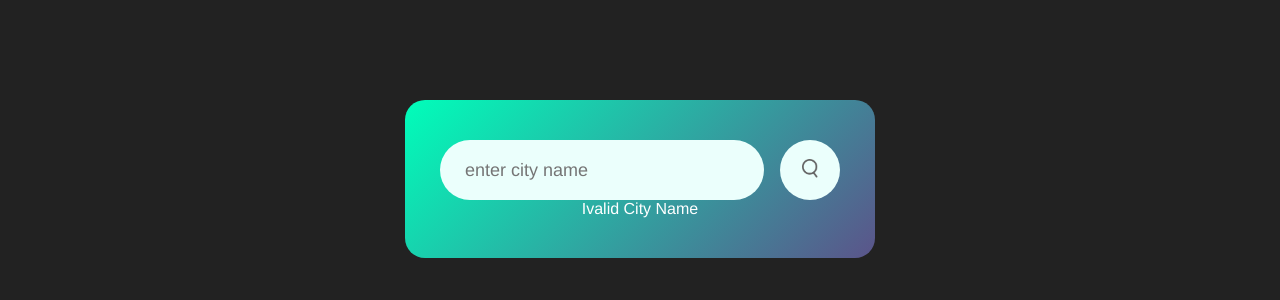
Repository: sodmaq/weatherApp
Page: index.html
An editor plug-in stored every save of this project. The page is shown before and after a run of saves, followed by the edit.
The browser window is 1280 px wide. The pictures show the whole page.

Above is the page before, as saved 2023-06-25 14:17:35.

### index.html
<!DOCTYPE html>
<html lang="en">
  <head>
    <meta charset="UTF-8" />
    <meta name="viewport" content="width=device-width, initial-scale=1.0" />
    <link rel="stylesheet" href="style.css" />
    <title>Weather App</title>
  </head>
  <body>
    <div class="card">
      <div class="search">
        <input type="text" placeholder="enter city name" spellcheck="false" />
        <button><img src="images/search.png" alt="search_icon" /></button>
      </div>
      <div class="error">
        <p>Ivalid City Name</p>
      </div>
      <div class="weather">
        <img src="images/rain.png" alt="rain_icon" class="weather-icon" />
        <h1 class="temp">22 °C</h1>
        <h2 class="city">New York</h2>
        <div class="details">
          <div class="col">
            <img src="images/humidity.png" alt="humidity_icon" />
            <div>
              <p class="humidity">50%</p>
              <p>humidity</p>
            </div>
          </div>
          <div class="col">
            <img src="images/wind.png" alt="wind_icon" />
            <div>
              <p class="wind">15 km/h</p>
              <p>Wind Speed</p>
            </div>
          </div>
        </div>
      </div>
    </div>
    <script src="main.js"></script>
  </body>
</html>

### style.css
* {
  margin: 0;
  padding: 0;
  font-family: "Franklin Gothic Medium", "Arial Narrow", Arial, sans-serif;
  box-sizing: border-box;
}

body {
  background-color: #222;
}

.card {
  width: 90%;
  max-width: 470px;
  background: linear-gradient(135deg, #00feba, #5b548a);
  color: #fff;
  margin: 100px auto 0;
  border-radius: 20px;
  padding: 40px 35px;
  text-align: center;
}

.search {
  width: 100%;
  display: flex;
  align-items: center;
  justify-content: space-between;
}

.search input {
  border: 0;
  outline: 0;
  background: #ebfffc;
  color: #555;
  padding: 10px 25px;
  height: 60px;
  border-radius: 30px;
  flex: 1;
  margin-right: 16px;
  font-size: 18px;
}

.search button {
  border: 0;
  outline: 0;
  background: #ebfffc;
  border-radius: 50%;
  width: 60px;
  height: 60px;
  cursor: pointer;
}

.search button img {
  width: 16px;
}

.weather-icon {
  width: 170px;
  margin-top: 30px;
}

.weather h1 {
  font-size: 80px;
  font-weight: 500;
}

.weather h2 {
  font-size: 45px;
  font-weight: 400;
  margin-top: -10px;
}

.details {
  display: flex;
  align-items: center;
  justify-content: space-between;
  padding: 0 20px;
  margin-top: 50px;
}

.col {
  display: flex;
  align-items: center;
  text-align: left;
}

.col img {
  width: 40px;
  margin-right: 10px;
}

.humidity,
.wind {
  font-size: 28px;
  margin-top: -6px;
}
.weather{
  display: none;
}
.error{
  text
}

### main.js
const apikey = "7d6e6749b309d6d1e4633769c53216d1";
const apiUrl =
  "https://api.openweathermap.org/data/2.5/weather?units=metric&q=";

const searchBox = document.querySelector(".search input");
const searchBtn = document.querySelector(".search button");
const weatherIcon = document.querySelector(".weather-icon");
async function checkWeather() {
  const response = await fetch(apiUrl + city + `&appid=${apikey}`);
  var data = await response.json();
  console.log(data);

  document.querySelector(".city").innerHTML = data.name;
  document.querySelector(".temp").innerHTML = Math.round(data.main.temp + "°C");
  document.querySelector(".humidity").innerHTML = data.main.humidity + "%";
  document.querySelector(".wind").innerHTML = data.wind.speed + " km/h";

  if (data.weather[0].main === "Clouds") {
    weatherIcon.src = "images/clouds.png";
  } else if (data.weather[0].main === "Clear") {
    weatherIcon.scr = "images/clear.png";
  } else if (data.weather[0].main === "Rain") {
    weatherIcon.scr = "images/rain.png";
  } else if (data.weather[0].main === "Drizzle") {
    weatherIcon.scr = "images/drizzle.png";
  } else if (data.weather[0].main === "Mist") {
    weatherIcon.scr = "images/mist.png";
  }

  document.querySelector(".weather").style.display = "block";
}
searchBtn.addEventListener("click", () => {
  checkWeather(searchBox);
});

After the next 2 saves:
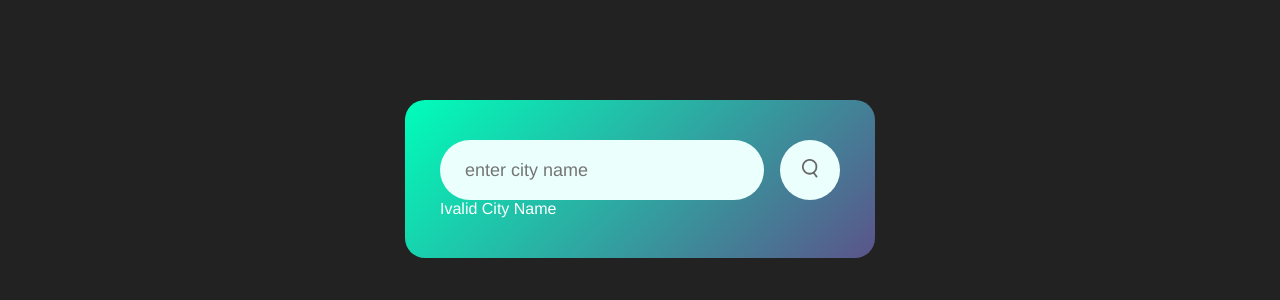
The 2 saves are shown as one change because they came seconds apart.
The last was saved 7 s later.
--- a/style.css
+++ b/style.css
@@ -98,5 +98,6 @@ body {
   display: none;
 }
 .error{
-  text
+  text-align: left;
+
 }
